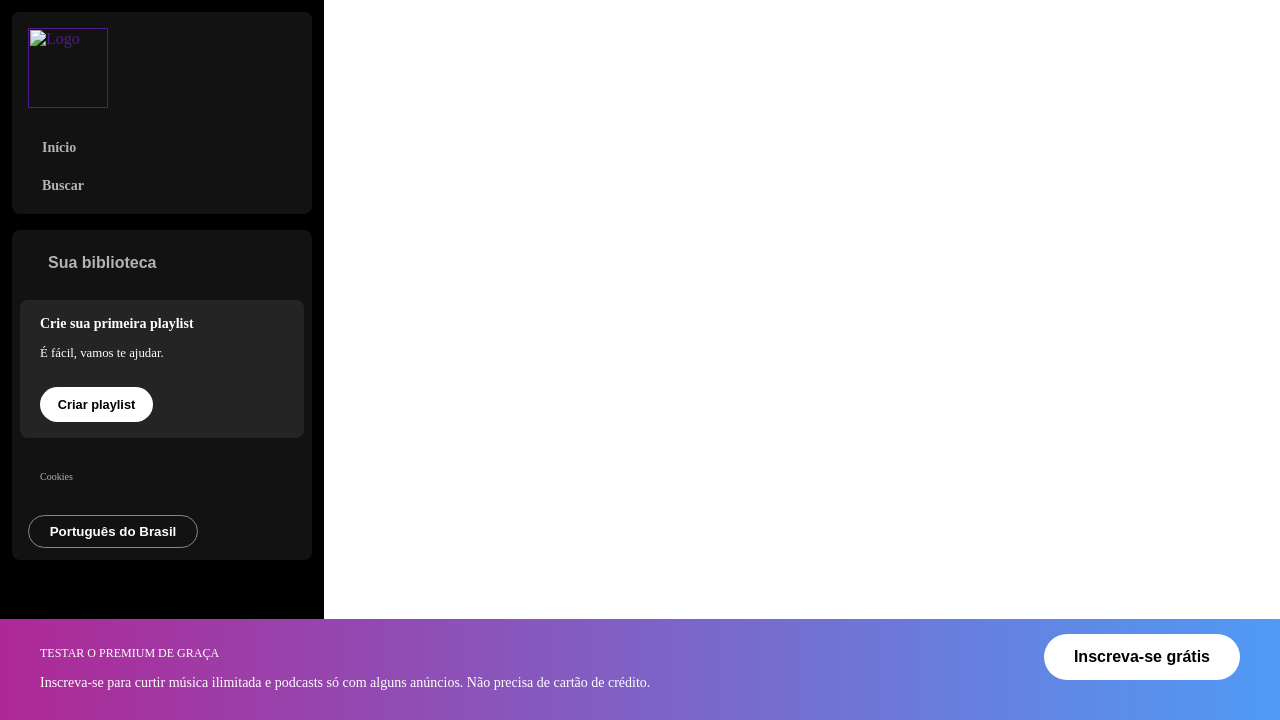
Repository: humbertobrasileiro/spotify
Page: index.html
An editor plug-in stored every save of this project. The page is shown before and after the next save, followed by the edit.
The browser window is 1280 px wide. The pictures show the whole page.
Some web fonts or font styles are not loaded; a fallback is used.

Above is the page before, as saved 2024-01-22 13:49:43.
Not found: src/assets/icons/logo-spotify.png
Not found: src/assets/icons/search.png
Not found: src/assets/icons/small-left.png

### index.html
HTML

<!DOCTYPE html>
<html lang="en">
  <head>
    <meta charset="UTF-8" />
    <meta name="viewport" content="width=device-width, initial-scale=1.0" />
    <title>Imersão Alura</title>
    <link
      rel="shortcut icon"
      href="./src/assets/icons/favicon.png"
      type="image/x-icon"
    />
    <link
      href="https://fonts.googleapis.com/css2?family=Alice&family=DM+Sans:opsz,wght@9..40,400;9..40,500;9..40,700&family=Dancing+Script:wght@400;500;600;700&family=Oranienbaum&family=Roboto:wght@100;300;400;500;700;900&display=swap"
      rel="stylesheet"
    />
    <link rel="stylesheet" href="src/styles/reset.css" />
    <link rel="stylesheet" href="src/styles/vars.css" />
    <link rel="stylesheet" href="src/styles/media-query.css" />
    <link rel="stylesheet" href="src/styles/main-content.css" />
    <link rel="stylesheet" href="src/styles/sidebar-footer.css" />
  </head>

  <body>
    <ul id="artistList"></ul>
    <div class="sidebar">
      <nav class="sidebar__navigation">
        <div class="logo">
          <a href="">
            <img src="./src/assets/icons/logo-spotify.png" alt="Logo" />
          </a>
        </div>
        <ul>
          <li>
            <a href="">
              <span class="fa fa-home"></span>
              <span>Início</span>
            </a>
          </li>
          <li>
            <a href="">
              <span class="fa fa-search"></span>
              <span>Buscar</span>
            </a>
          </li>
        </ul>
      </nav>

      <div class="library">
        <div class="library__content">
          <button class="library__button">
            <span class="fa fas fa-book"></span>
            <span>Sua biblioteca</span>
          </button>
          <span class="fa fa-plus"></span>
        </div>

        <section class="section-playlist">
          <div class="section-playlist__content">
            <span class="text title">Crie sua primeira playlist</span>
            <span class="text subtitle">É fácil, vamos te ajudar.</span>
            <button class="section-playlist__button">
              <span>Criar playlist</span>
            </button>
          </div>
        </section>

        <div class="cookies">
          <a href="">Cookies</a>
        </div>

        <div class="languages">
          <button class="languages__button">
            <span class="fa fa-globe"></span>
            <span>Português do Brasil</span>
          </button>
        </div>
      </div>
    </div>

    <main>
      <div class="main-container">
        <nav class="header__navigation">
          <div class="navigation">
            <button class="arrow-left">
              <img src="./src/assets/icons/small-left.png" alt="" />
            </button>
            <button class="arrow-right">
              <img src="./src/assets/icons/small-right.png" alt="" />
            </button>

            <button class="header__search">
              <img src="./src/assets/icons/search.png" alt="" />
              <input
                maxlength="800"
                autocorrect="off"
                autocapitalize="off"
                spellcheck="false"
                placeholder="O que você quer ouvir?"
                data-testid="search-input"
                data-encore-id="type"
                value=""
                style="color: rgb(0, 0, 0)"
              />
            </button>
          </div>

          <div class="header__login">
            <button class="subscribe">Inscreva-se</button>
            <button class="login">Entrar</button>
          </div>
        </nav>

        <!-- PLAYLIST -->
        <div class="playlist-container">
          <div class="playlist">
            <h1 id="greeting"></h1>
            <h2 class="session">Navegar por todas as seções</h2>
          </div>

          <!-- LIST ITEM 1 -->
          <div class="offer__scroll-container">
            <div class="offer__list">
              <section class="offer__list-item">
                <!-- CARD 1 -->
                <a href="" class="cards">
                  <div class="cards card1">
                    <img src="./src/assets/playlist/1.jpeg" alt="" />
                    <span>Boas festas</span>
                  </div>
                </a>

                <!-- CARD 2 -->
                <a href="" class="cards">
                  <div class="cards card2">
                    <img src="./src/assets/playlist/2.png" alt="" />
                    <span>Feitos para você</span>
                  </div>
                </a>

                <!-- CARD 3 -->
                <a href="" class="cards">
                  <div class="cards card3">
                    <img src="./src/assets/playlist/3.jpeg" alt="" />
                    <span>Lançamentos</span>
                  </div>
                </a>

                <!-- CARD 4 -->
                <a href="" class="cards">
                  <div class="cards card4">
                    <img src="./src/assets/playlist/4.jpeg" alt="" />
                    <span>Creators</span>
                  </div>
                </a>

                <!-- CARD 5 -->
                <a href="" class="cards">
                  <div class="cards card5">
                    <img src="./src/assets/playlist/5.jpeg" alt="" />
                    <span>Música Latina</span>
                  </div>
                </a>
              </section>
            </div>
          </div>
        </div>
      </div>
    </main>
    <footer class="disclaimer-premium">
      <div class="text">
        <p class="disclaimer-premium__title">Testar o Premium de graça</p>
        <p class="disclaimer-premium__subtitle">
          Inscreva-se para curtir música ilimitada e podcasts só com alguns
          anúncios. Não precisa de cartão de crédito.
        </p>
      </div>
      <div class="button">
        <button type="button">Inscreva-se grátis</button>
      </div>
    </footer>
  </body>
</html>

### src/styles/sidebar-footer.css
.sidebar {
  position: fixed;
  left: 0;
  top: 0;
  bottom: 0;
  width: 300px;
  background-color: #000000;
  padding: 12px;
}

.sidebar .logo {
  background-color: #121212;
  display: flex;
  border-radius: 8px;
  padding: 16px 0 0 16px;
}

.sidebar .logo img {
  width: 80px;
}

.sidebar__navigation {
  background-color: #121212;
  border-radius: 8px;
  cursor: pointer;
}

.sidebar nav ul {
  list-style: none;
  margin-top: 20px;
  padding: 0px 20px 10px 20px;
}

.sidebar nav ul li {
  padding: 10px 0px;
}

.sidebar nav ul li a {
  color: #b3b3b3;
  text-decoration: none;
  font-weight: 600;
  font-size: 14px;
}

.sidebar nav ul li .fa {
  font-size: 20px;
  margin-right: 10px;
  font-weight: 300;
}

.sidebar nav ul li a:hover {
  color: #ffffff;
}

.library {
  background-color: #121212;
  border-radius: 8px;
  display: flex;
  justify-content: space-between;
  min-block-size: 40px;
  padding: 4px 8px;
  color: #b3b3b3;
  font-weight: 600;
  font-size: 14px;
  margin-top: 10px;
  flex-direction: column;
}

.library .library__button {
  margin-right: 10px;
  color: #b3b3b3;
  background-color: transparent;
  border: 0px;
  font-size: 1rem;
  font-weight: 700;
  font-family: 'Montserrat', sans-serif;
  text-align: center;
  text-decoration: none;
  text-transform: none;
  padding: 20px 10px;
  display: flex;
}

.library .library__button .fa {
  font-size: 20px;
  margin-right: 10px;
  font-weight: 300;
  padding-right: 8px;
}

.library__content {
  display: flex;
  justify-content: space-between;
}

.library .library__content .fa-plus {
  margin: 24px 10px;
}

.section-playlist {
  background-color: #242424;
  align-items: flex-start;
  border-radius: 8px;
  gap: 20px;
  display: flex;
  justify-content: space-between;
  min-block-size: 40px;
  color: #b3b3b3;
  font-weight: 600;
  font-size: 14px;
  margin: 8px 0;
  padding: 16px 20px;
}

.section-playlist .section-playlist__content {
  display: flex;
  flex-direction: column;
}

.section-playlist__content .text {
  padding-bottom: 14px;
  color: #fff;
}

.section-playlist__content .title {
  font-weight: 700;
}

.section-playlist__content .subtitle {
  font-weight: 500;
  font-size: 0.8rem;
}

.section-playlist__content .section-playlist__button {
  background-color: #ffffff;
  color: #000;
  border-radius: 9999px;
  display: flex;
  font-size: 0.8rem;
  font-weight: 700;
  font-family: 'Montserrat', sans-serif;
  text-decoration: none;
  text-transform: none;
  padding: 10px;
  border: 0px;
  width: 113px;
  justify-content: center;
  margin-top: 12px;
}

.sidebar .cookies {
  margin: 25px 20px;
}

.sidebar .cookies a {
  color: #b3b3b3;
  font-weight: 500;
  text-decoration: none;
  font-size: 10px;
}

.sidebar .cookies a:hover {
  text-decoration: underline;
}

.languages .languages__button {
  background-color: transparent;
  border-radius: 9999px;
  border: 1px solid #878787;
  color: #fff;
  cursor: pointer;
  align-items: center;
  padding: 8px;
  width: 170px;
  margin: 8px;
  font-weight: bold;
}

.disclaimer-premium {
  position: fixed;
  bottom: 0;
  left: 0;
  right: 0;
  background: linear-gradient(to right, #ae2896, #509bf5);
  padding: 15px 40px;
  display: flex;
  justify-content: space-between;
}

.disclaimer-premium .disclaimer-premium__title {
  color: #ffffff;
  text-transform: uppercase;
  font-weight: 400;
  font-size: 12px;
  margin-bottom: 10px;
}

.disclaimer-premium .disclaimer-premium__subtitle {
  color: #ffffff;
  font-size: 14px;
  font-weight: 500;
}

.disclaimer-premium button {
  background-color: #ffffff;
  color: #000000;
  font-size: 16px;
  font-weight: bold;
  padding: 14px 30px;
  border: 0px;
  border-radius: 40px;
  cursor: pointer;
}

#artistList {
  display: none;
}

After the next save:
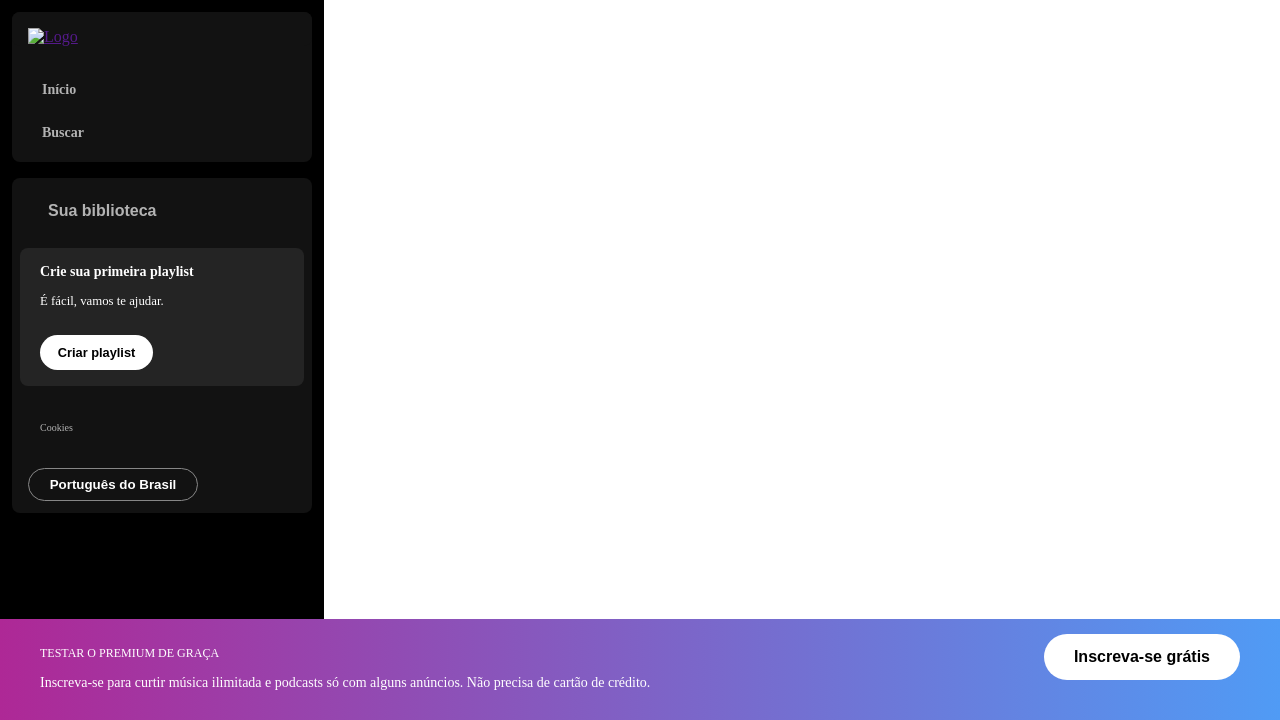
Saved 40 s later.
--- a/index.html
+++ b/index.html
@@ -1,5 +1,3 @@
-HTML
-
 <!DOCTYPE html>
 <html lang="en">
   <head>
